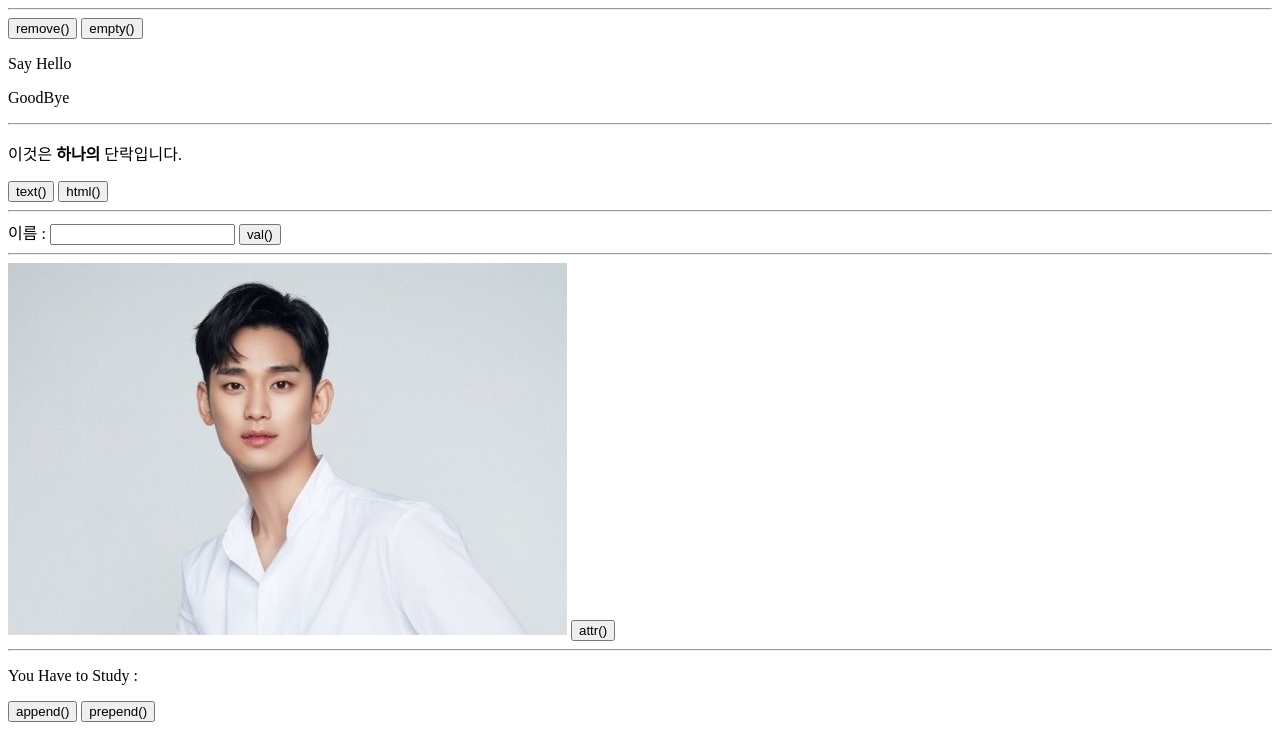
Repository: gpqls12321/public
Page: javascript_jquery/WebContent/jQuery_ex03.html
The author's editor kept a copy of each file at every save. The page is drawn from the files as they stood at one save, then again after the next save.
The browser window is 1280 px wide. The pictures show the whole page.

Above is the page before, as saved 2021-04-15 05:28:40.

After the next save:
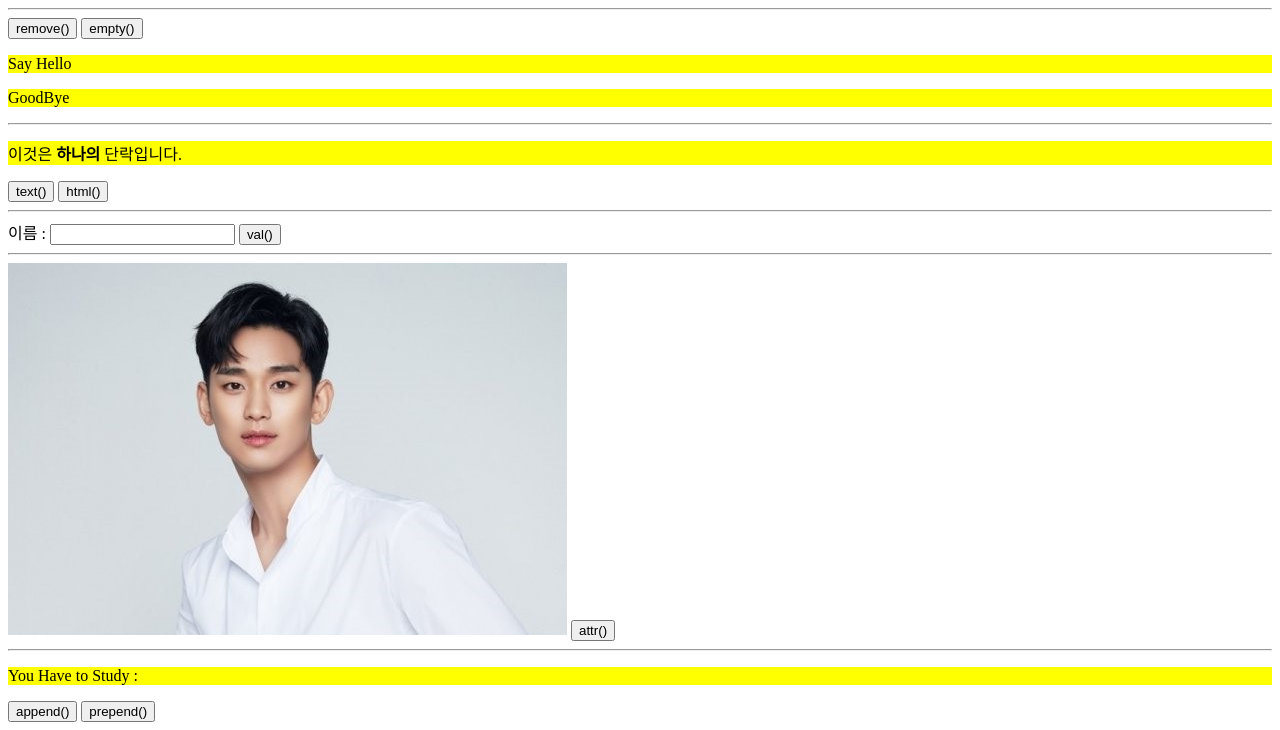
Saved 34 s later.
--- a/javascript_jquery/WebContent/jQuery_ex03.html
+++ b/javascript_jquery/WebContent/jQuery_ex03.html
@@ -3,6 +3,11 @@
 <head>
 <meta charset="UTF-8">
 <title>Insert title here</title>
+<style type="text/css">
+	p {
+		background-color: yellow;
+	}
+</style>
 <script type="text/javascript" src="js/jQuery3.x/jquery-3.6.0.js"></script>
 <script type="text/javascript">
 	$(document).ready(function() {
@@ -31,6 +36,8 @@
 		$("#button2").click(function() {
 			$("#append").prepend("<b style='color: #d3d8ff'>Yes Sir! </b>");
 		});
+
+
 	});
 </script>
 </head>
